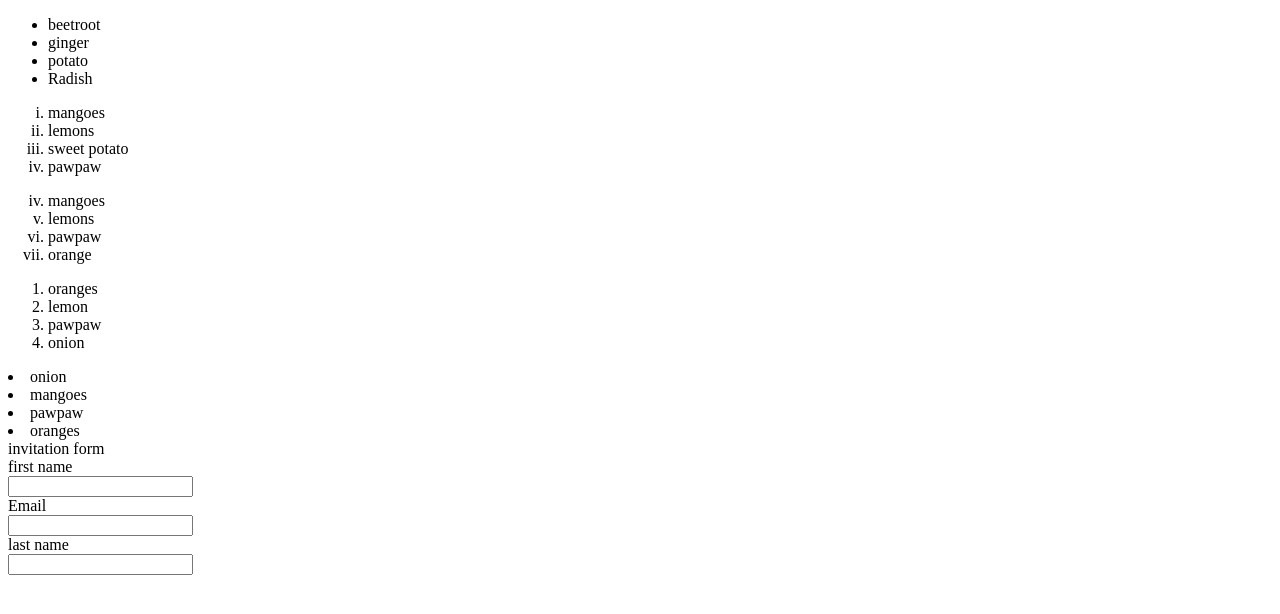
Repository: Okwahi/first--code-lessons
Page: Rinato.html
An editor plug-in stored every save of this project. The page is shown before and after the next save, followed by the edit.
The browser window is 1280 px wide. The pictures show the whole page.

Above is the page before, as saved 2023-03-09 11:50:35.

### Rinato.html
<!DOCTYPE html>
<html lang="en">
<head>
    <meta charset="UTF-8">
    <meta http-equiv="X-UA-Compatible" content="IE=edge">
    <meta name="viewport" content="width=device-width, initial-scale=1.0">
    <title>Document</title>
    <link rel="stylesheet" href="/Rinato.css">
</head>
<body>
    <ul type="triangle">
        <li>beetroot</li>
        <li>ginger</li>
        <li>potato</li>
        <li>Radish</li>
    </ul>
    <ol type="i">
        <li> mangoes</li>
        <li>lemons</li>
        <li>sweet potato</li>
        <li>pawpaw</li>

    </ol>
    <ol type="i" start="4">
        <li>mangoes</li>
        <li>lemons</li>
        <li>pawpaw</li>
        <li>orange</li>
    </ol>
    <ol type="1">
        <li>oranges</li>
        <li>lemon</li>
        <li>pawpaw</li>
        <li>onion</li>
    </ol></ol>
    <li>onion</li>
    <li>mangoes</li>
    <li>pawpaw</li>
    <li>oranges</li>
    <form action=""> invitation form <br>
        <label for="first name"> first name</label><br>
        <input type="text" id="first name" name="first name"><br>
        <label for="Email">Email</label><br>
        <input type="Email" id="Email" name="Email"><br>
        <label for="last name">last name</label><br>
        <input type="text" id="last name"><br>
    </form>

Loaded but not shown: Rinato.css (common file)

After the next save:
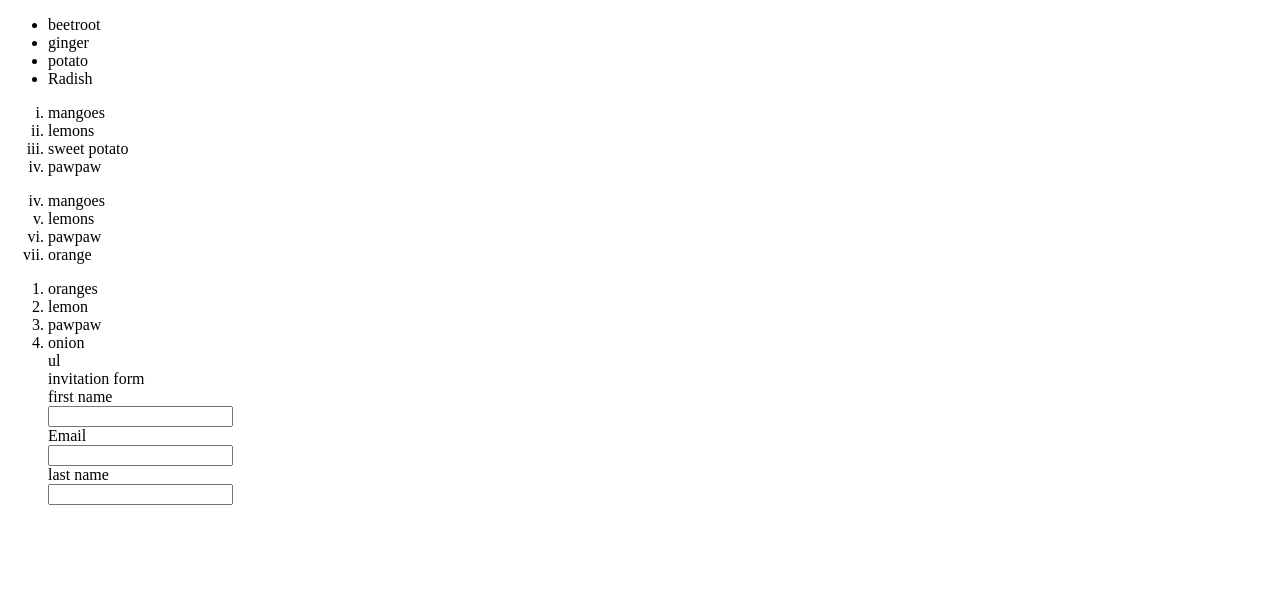
Saved 26 s later.
--- a/Rinato.html
+++ b/Rinato.html
@@ -32,11 +32,7 @@
         <li>lemon</li>
         <li>pawpaw</li>
         <li>onion</li>
-    </ol></ol>
-    <li>onion</li>
-    <li>mangoes</li>
-    <li>pawpaw</li>
-    <li>oranges</li>
+    ul
     <form action=""> invitation form <br>
         <label for="first name"> first name</label><br>
         <input type="text" id="first name" name="first name"><br>
